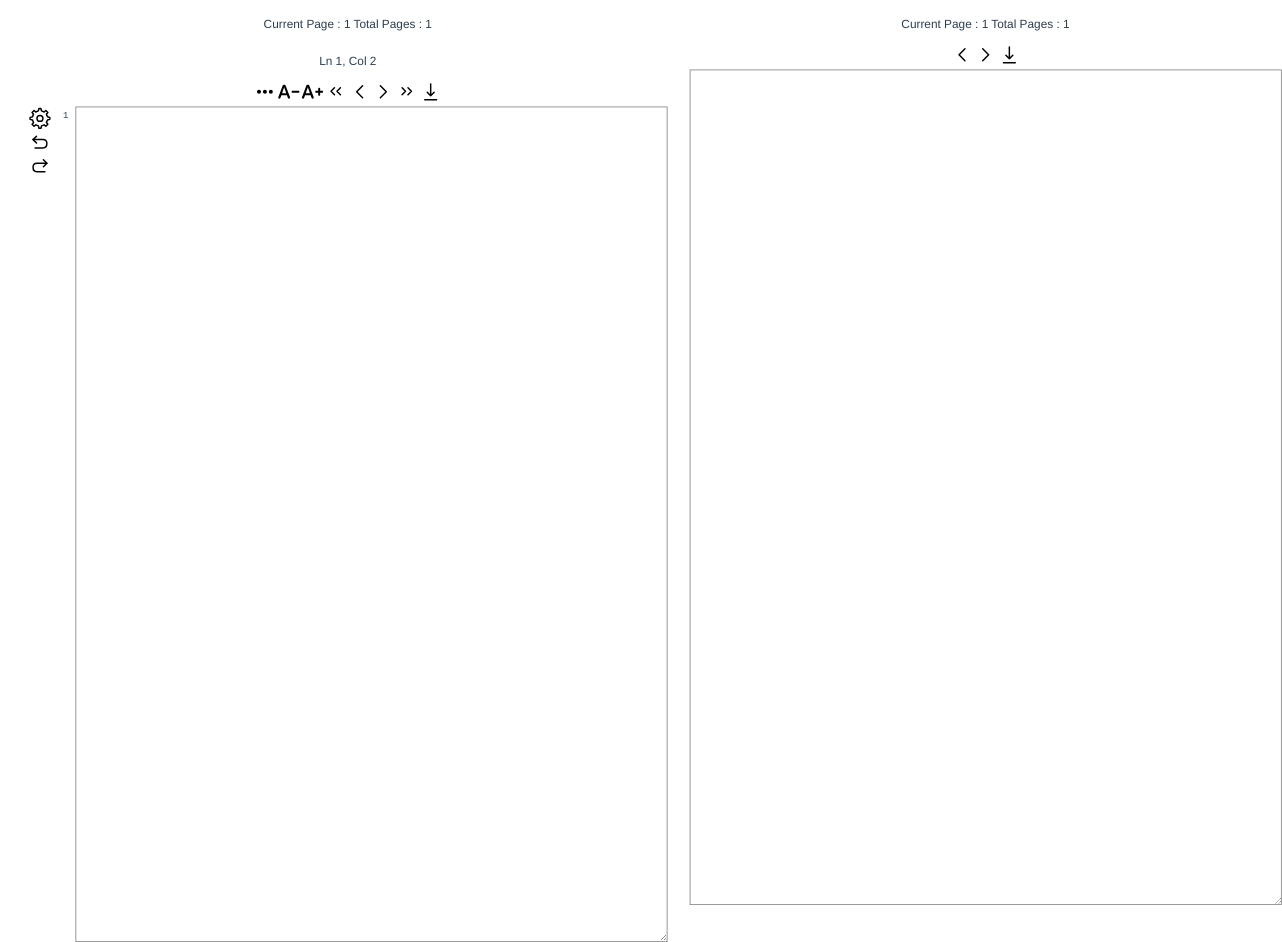
Repository: 321paranoiawhy/online-resume
Page: /
These files come from the project's save history. The page is drawn as it stood at one moment and after the next save; the edit follows.
The browser window is 1280 px wide. The page is 1732 px wide, so the pictures cover 1732 px, including what lies to the right of the window. The pictures show the whole page, at 74% of full size.
The project was rebuilt for these pictures with package versions that can differ from the ones it lists, and the page was loaded fresh each time. Also part of the build but not shown: vue.config.js, src/components/Header.vue, src/components/Introduction.vue, src/components/Footer.vue.

Above is the page before, as saved 2022-05-29 14:09:05.

After the next save:
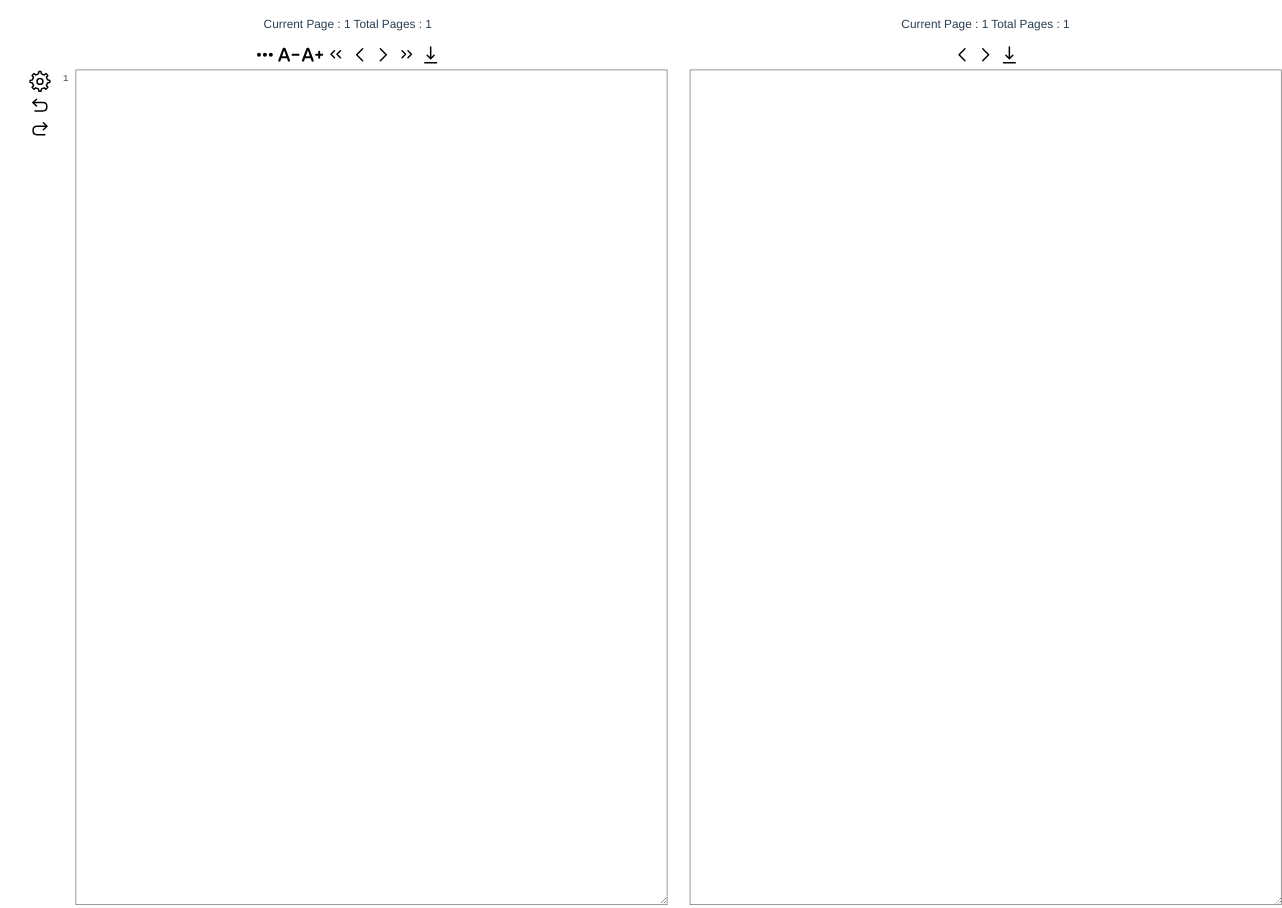
Saved 66 s later.
--- a/src/components/LeftInput.vue
+++ b/src/components/LeftInput.vue
@@ -5,7 +5,6 @@
             {{ totalInputPage }}
         </p>
         <!-- <p>Ln {{ currentLine }}, Col {{ currentColumn }}</p> -->
-        <p @click="gotoLnAndCol">Ln 1, Col 2</p>
         <div>
             <img
                 v-for="(item, index) in leftInputImage"
